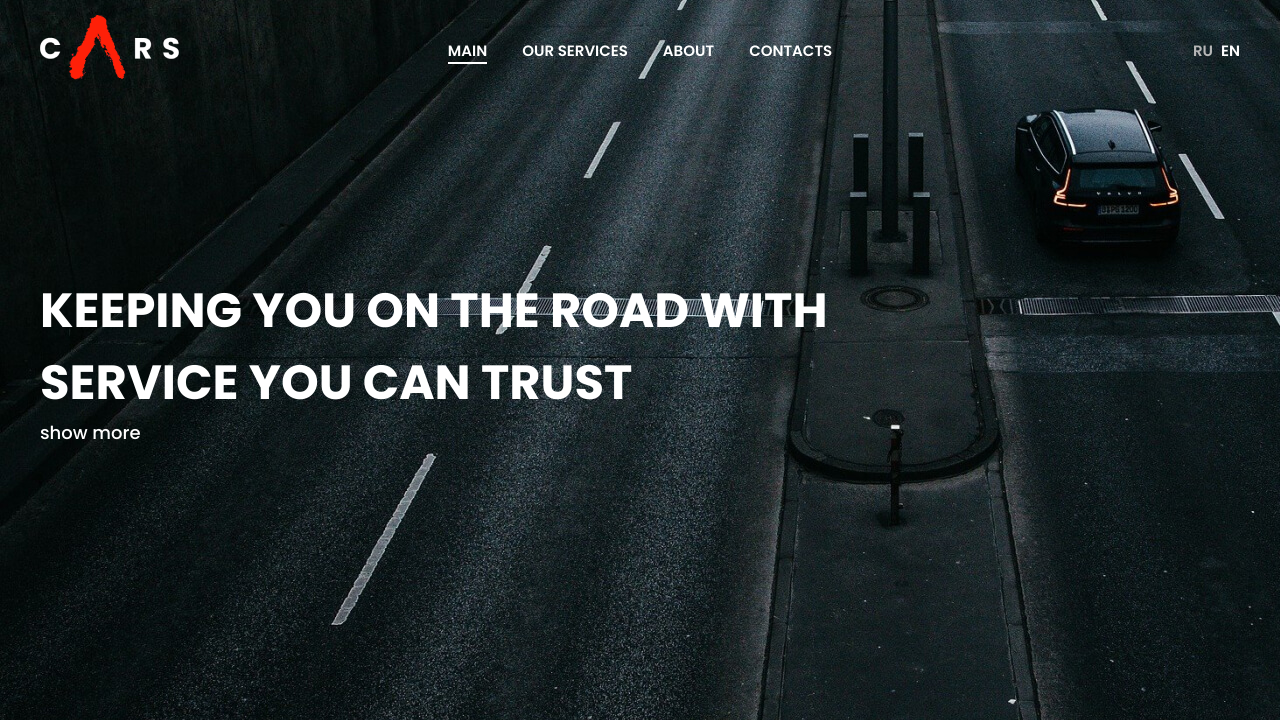
Repository: Earn1ll/car_repair
Page: index.html
An editor plug-in stored every save of this project. The page is shown before and after the next save, followed by the edit.
The browser window is 1280 px wide. The pictures show the whole page.

Above is the page before, as saved 2022-09-18 15:09:45.

### index.html
<!DOCTYPE html>
<html lang="en">
<head>
    <meta charset="UTF-8">
    <meta http-equiv="X-UA-Compatible" content="IE=edge">
    <meta name="viewport" content="width=device-width, initial-scale=1.0">
    <title>car repair</title>
    <link rel="stylesheet" href="css/style.css">
</head>
<body>
    <header class="header">
        <div class="container">
            <div class="header__wrapper">
                <div class="header__block">
                    <a href="/" class="header__logo">
                        <img src="img/logo.png" alt="logo">
                    </a>
                </div>

                <nav class="nav">
                    <a href="#" class="nav__link active">Main</a>
                    <a href="#" class="nav__link">Our services</a>
                    <a href="#" class="nav__link">About</a>
                    <a href="#" class="nav__link">Contacts</a>
                </nav>

                <div class="header__block">
                    <div class="header__lng">
                        <a href="#" class="header__lng-link ">ru</a>
                        <a href="#" class="header__lng-link active">en</a>
                    </div>
                </div>

            </div>
        </div>
    </header>

    <section class="intro">
        <div class="container">
            <div class="intro__content">
                <div class="intro__block">
                    <h1 class="intro__title">
                        KEEPING YOU ON THE ROAD WITH
                        SERVICE YOU CAN TRUST
                    </h1>
                    <a href="#" class="btn">show more</a>
                </div>
            </div>
        </div>
    </section>
</body>
</html>

### css/style.css
@import url('https://fonts.googleapis.com/css2?family=Poppins:wght@400;500:600;700;800;900&display=swap');

*,*::before,::after {
    box-sizing: border-box;
}
body {
    margin: 0;
    font-family: 'Poppins', sans-serif;
    font-size: 15px;
}

h1,h2,h3,h4,h5,h6 {
    margin: 0;
}

.container {
    width: 1200px;
    margin: 0 auto;
}
.btn {
    color: #fff;
    font-size: 18px;
    text-decoration: none;
    font-weight: 500;
    background-color: ;
}



/* header start working */
.header {
    width: 100%;
    position: absolute;
    top: 0;
    left: 0;
}

.header__wrapper {
    height: 100px;
    display: flex;
    justify-content: space-between;
    align-items: center;
}

.header__block {
    width: 20%;
}

.nav {
    display: flex;
}

.nav__link {
    margin-right: 35px;
    color: #fff;
    text-transform: uppercase;
    text-decoration: none;
    font-weight: 600;
    position: relative;
}

.nav__link::after {
    width: 100%;
    height: 2px;
    background-color: #fff;
    position: absolute;
    top: 100%;
    left: 0;
    content: '';
    opacity: 0;
    transition: opacity .2s ease;

}

.nav__link:last-child {
    margin-right: 0;
}

.nav__link:hover::after {
    opacity: 1;
}

.nav__link.active::after {
    opacity: 1;
}

.header__lng {
    display: flex;
    justify-content: flex-end;

}

.header__lng-link {
    margin-right: 8px;
    text-transform: uppercase;
    text-decoration: none ;
    font-weight: 600;
    color: #b7b7b7;
}

.header__lng-link:last-child {
    margin-right: 0;
}

.header__lng-link.active {
    color: #fff;
}
/* header end working */
/* intro start working */

.intro {
    background: url('../img/intro_bg.jpg');
}
.intro__content {
    height: 100vh ;
    background: no-repeat;
    display: flex;
    align-items: center;
}

.intro__block {

}

.intro__title {
    max-width: 790px;
    font-size: 48px;
    font-weight: 700;
    color: #fff;
    line-height: 1.5;

}
/* intro end working */

After the next save:
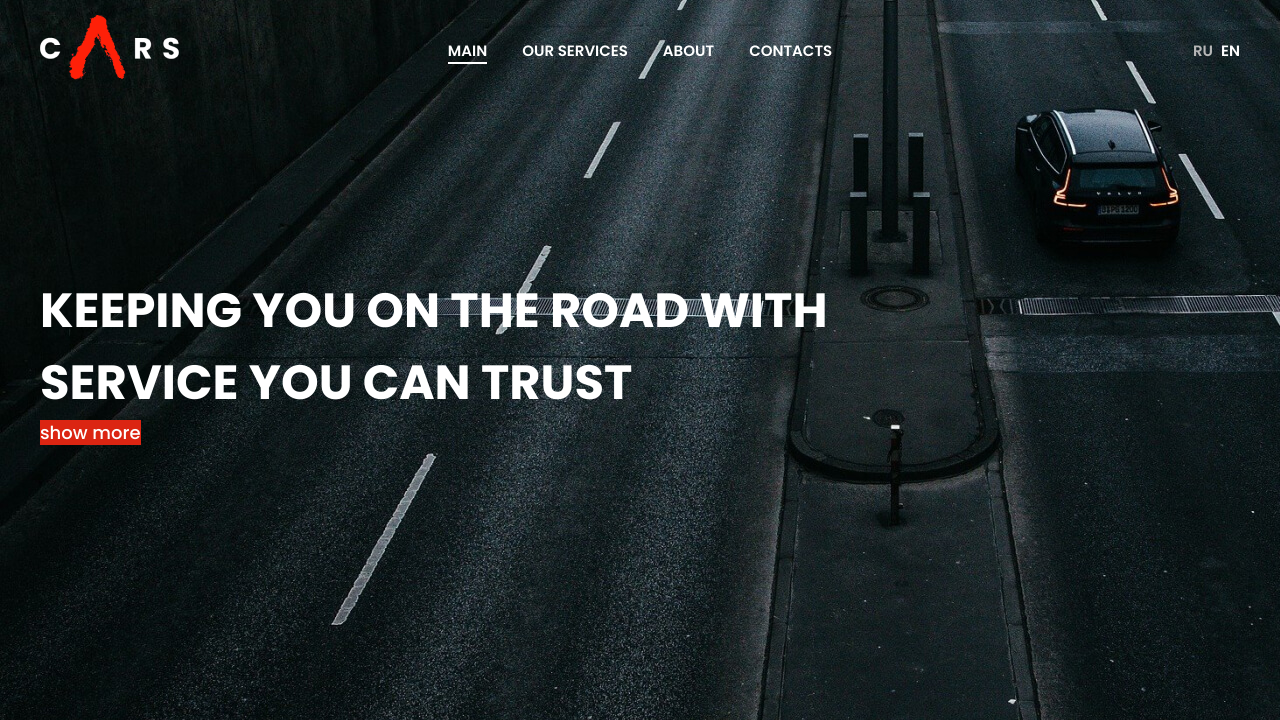
Saved 16 s later.
--- a/css/style.css
+++ b/css/style.css
@@ -22,7 +22,7 @@
     font-size: 18px;
     text-decoration: none;
     font-weight: 500;
-    background-color: ;
+    background-color: #DB2512;
 }
 
 
